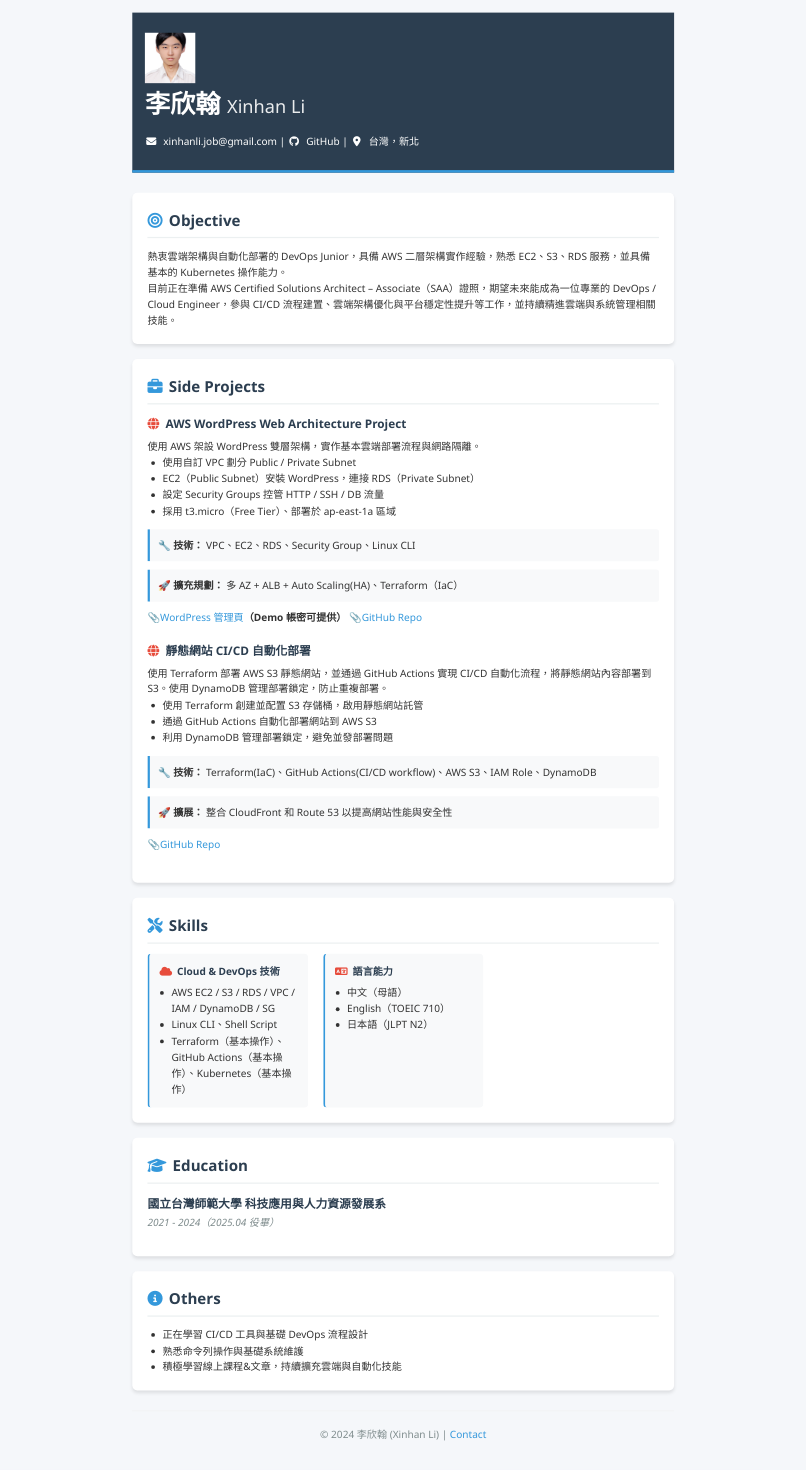
Repository: Graylee0128/aws-tf-ga-personal-website
Page: index.html
The author's editor kept a copy of each file at every save. The page is drawn from the files as they stood at one save, then again after the next save.
The browser window is 1280 px wide. The pictures show the whole page, at 63% of full size.

Above is the page before, as saved 2025-04-23 21:22:52.

After the next save:
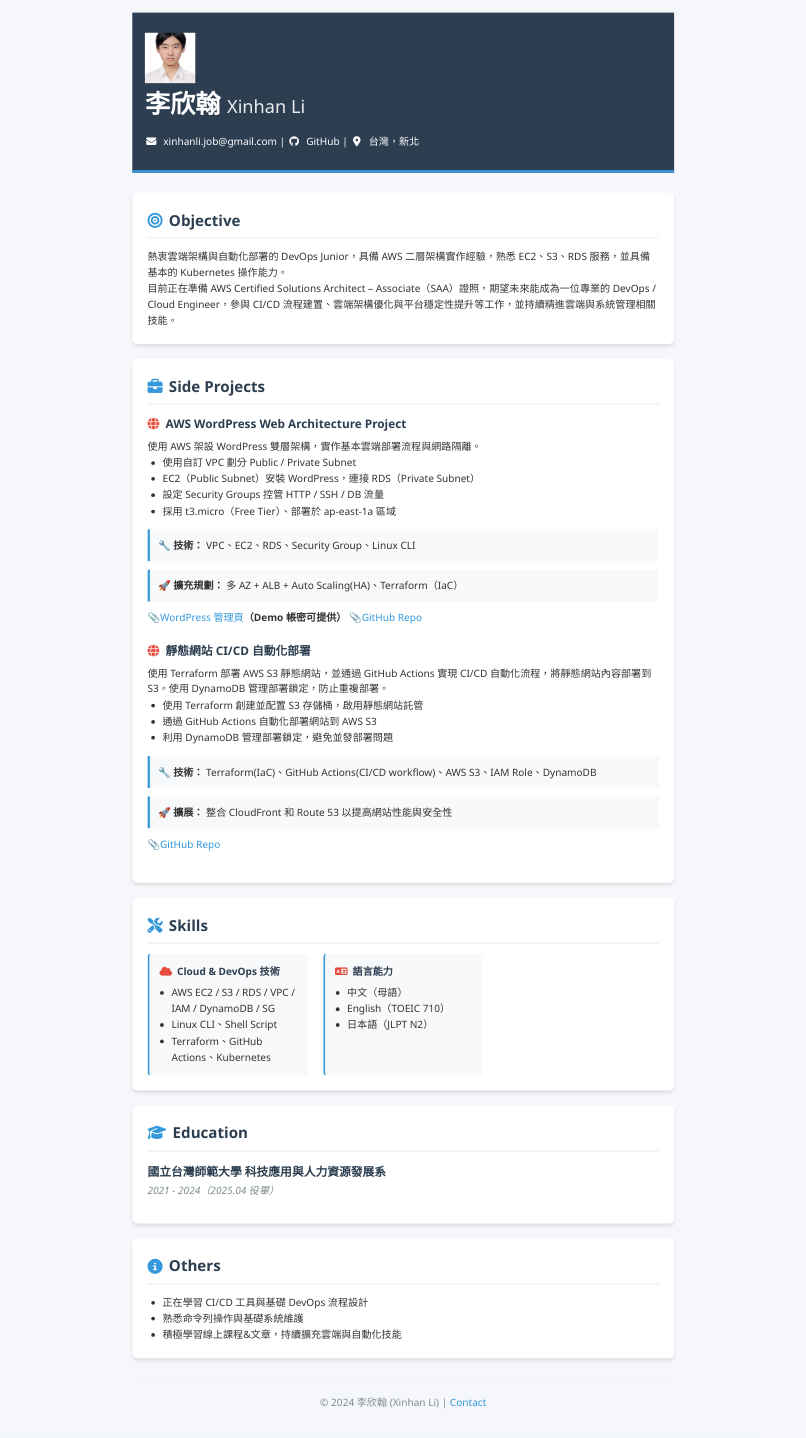
Saved 20 h 4 min later.
--- a/index.html
+++ b/index.html
@@ -82,7 +82,7 @@
                         <ul>
                             <li>AWS EC2 / S3 / RDS / VPC / IAM / DynamoDB / SG</li>
                             <li>Linux CLI、Shell Script</li>
-                            <li>Terraform（基本操作）、GitHub Actions（基本操作）、Kubernetes（基本操作）</li>
+                            <li>Terraform、GitHub Actions、Kubernetes</li>
                         </ul>
                     </div>
                     <div class="skill-category">
